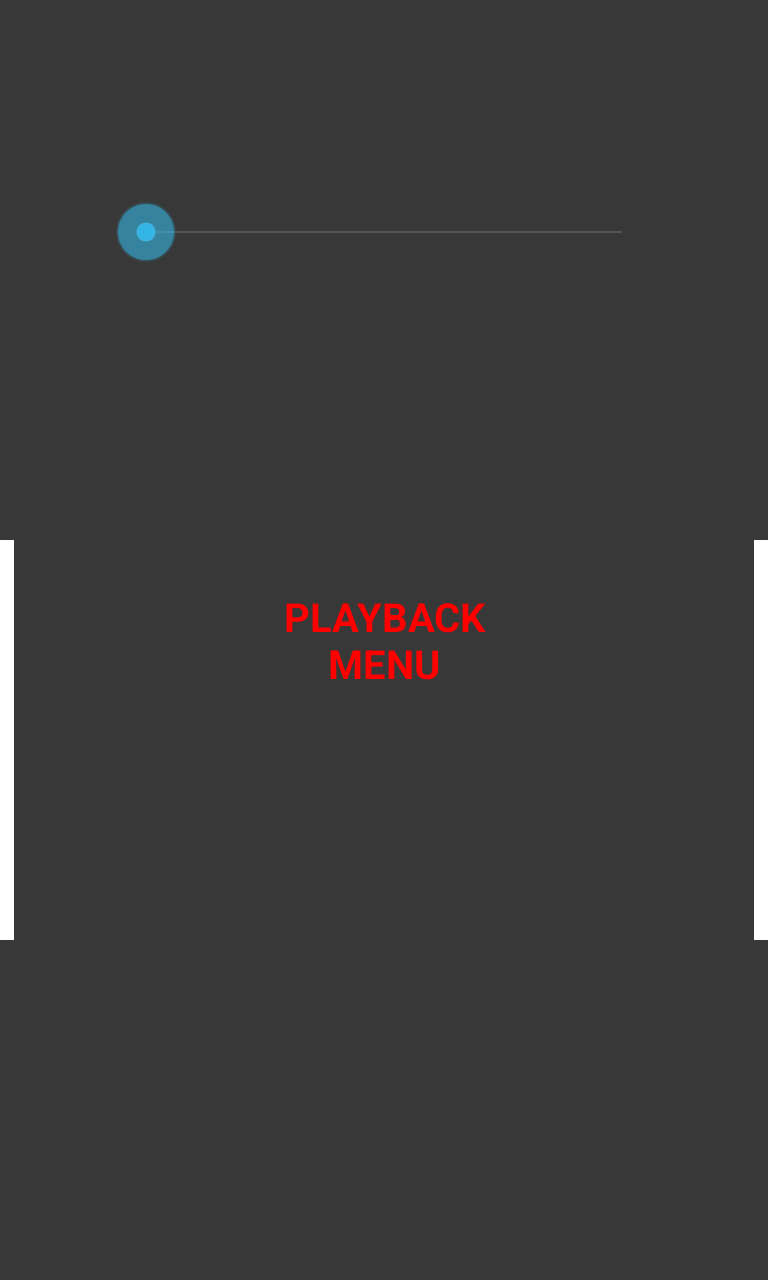
Repository: Yunithium/MAMN01
Layout: Advancement/res/layout/playback_activity.xml
These files come from the project's save history. The layout is drawn as it stood at one moment and after the next save; the edit follows.
It is drawn on a 768 x 1280 px phone screen (xhdpi) without system bars, with theme FullscreenTheme; the app's code is not run.

Above is the layout before, as saved 2013-12-08 12:55:09.

### Advancement/res/layout/playback_activity.xml
<FrameLayout xmlns:android="http://schemas.android.com/apk/res/android"
    xmlns:tools="http://schemas.android.com/tools"
    android:id="@+id/painting_place"
    android:layout_width="match_parent"
    android:layout_height="match_parent"
    android:background="#383838"
    tools:context=".PlaybackActivity" >

    <!--
         The primary full-screen view. This can be replaced with whatever view
         is needed to present your content, e.g. VideoView, SurfaceView,
         TextureView, etc.
    -->
    <FrameLayout
        android:id="@+id/stuff"
        android:layout_width="match_parent"
        android:layout_height="wrap_content"
        android:layout_gravity="center_vertical"
        android:layout_marginTop="50sp">

        <Button
            android:id="@+id/bar1"
            android:layout_width="7dp"
            android:layout_height="200sp"
            android:background="#FFFFFF"
            android:layout_gravity="left" />

        <ViewFlipper
	        android:id="@+id/flipper_of_views"
	        android:layout_width="wrap_content"
	        android:layout_height="wrap_content"
	        android:layout_gravity="center">

	        <ImageView
	            android:contentDescription="@string/description"
	            android:id="@+id/image_view_1"
	            android:layout_width="200sp"
	            android:layout_height="200sp"
	            android:layout_gravity="center"
	            android:scaleType="centerCrop" />

	        <ImageView
	            android:contentDescription="@string/description"
	            android:id="@+id/image_view_2"
	            android:layout_width="200sp"
	            android:layout_height="200sp"
	            android:layout_gravity="center"
	            android:scaleType="centerCrop" />
   		</ViewFlipper>

        <Button
            android:id="@+id/bar2"
            android:layout_width="7dp"
            android:layout_height="200sp"
            android:background="#FFFFFF"
            android:layout_gravity="right" />

    </FrameLayout>


    <SeekBar
        android:id="@+id/seekbartimeline"
        android:layout_width="270dp"
        android:layout_height="wrap_content"
        android:layout_gravity="center_horizontal"
        android:paddingTop="100dp"
        android:visibility="visible"/>


    <TextView
        android:id="@+id/test_output"
        android:layout_width="match_parent"
        android:layout_height="match_parent"
        android:gravity="center"
        android:keepScreenOn="true"
        android:text="@string/playback"
        android:textColor="#ff0000"
        android:textSize="20sp"
        android:textStyle="bold" />

</FrameLayout>

### Advancement/res/values/strings.xml
<?xml version="1.0" encoding="utf-8"?>
<resources>

    <string name="app_name">Rolling Stone</string>
    <string name="title_activity_playback">PlaybackActivity</string>
    <string name="playback">PLAYBACK\nMENU</string>
    <string name="playlist">PLAYLIST\nMENU</string>
    <string name="description">Description</string>

</resources>

Loaded but not shown: Advancement/res/values-v11/styles.xml (common file); Advancement/res/values/styles.xml (common file); Advancement/res/values/colors.xml (common file)

After the next save:
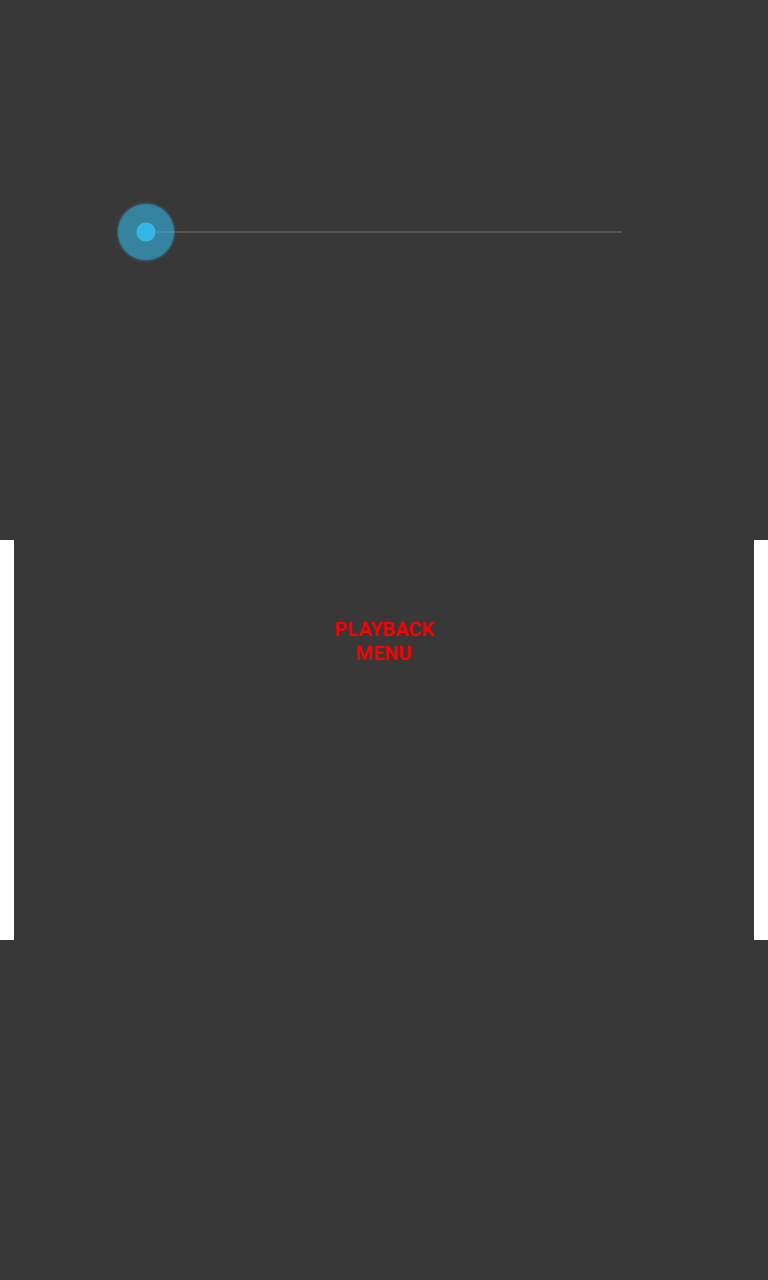
Saved 11 s later.
--- a/Advancement/res/layout/playback_activity.xml
+++ b/Advancement/res/layout/playback_activity.xml
@@ -75,7 +75,7 @@
         android:keepScreenOn="true"
         android:text="@string/playback"
         android:textColor="#ff0000"
-        android:textSize="20sp"
+        android:textSize="10sp"
         android:textStyle="bold" />
 
 </FrameLayout>
